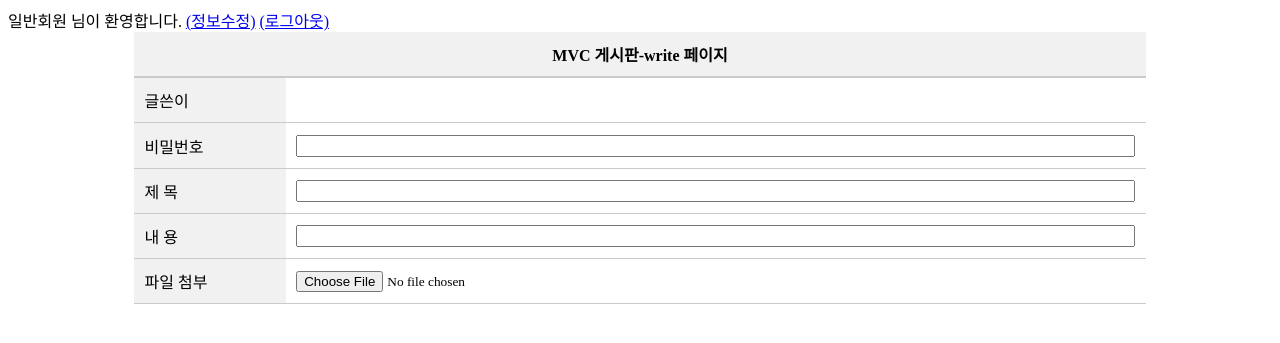
Repository: rumor1993/KH1
Page: http://localhost/Board/board/qna_board_write.jsp
An editor plug-in stored every save of this project. The page is shown before and after the next save, followed by the edit.
The browser window is 1280 px wide. The pictures show the whole page.
The page is served by Tomcat 9. Other server files are loaded and not shown. The template is opened directly, without the code that normally fills it, so the values that code supplies are empty.

Above is the page before, as saved 2018-05-09 07:25:57.

### Board/WebContent/board/qna_board_write.jsp
<%@ page language="java" contentType="text/html; charset=EUC-KR"
    pageEncoding="EUC-KR"%>
<!DOCTYPE html>
<html>
<head>
<title>Insert title here</title>
</head>
<link href="css/form.css" rel="stylesheet">
<body>
	<%@ include file="/board/header.jsp" %>
	<form action="./BoardAddAction.bo" method="post"
			enctype="multipart/form-data" name="boardform">
		<table>
			<tr class="center">
				<th colspan="2">MVC 게시판-write 페이지</th>
			</tr>
			<tr>
				<td><div>글쓴이</div></td>
				<td>
					<input name="BOARD_NAME" id="board_name" readOnly
					type="text" size="10" maxlength="30" value="${id }">
				</td>
			</tr>
			<tr>
				<td>
					<div>비밀번호</div>
				</td>
				<td>
					<input name="BOARD_PASS" id="board_pass" type="password" size="10"
					maxlength="30" value="">
				</td>
			</tr>

			<tr>
				<td>
					<div>제 목</div>
				</td>
				<td>
					<input name="BOARD_SUBJECT" id="board_subject" type="text" size="50"
					maxlength="100" value="">
				</td>
			</tr>

			<tr>
				<td>
					<div>내 용</div>
				</td>
				<td>
					<input name="BOARD_CONTENT" id="board_content" type="text" size="10"
					maxlength="500" value="">
				</td>
			</tr>

			<tr>
				<td>
					<div>파일 첨부</div>
				</td>
				<td>
					<input name="BOARD_FILE" name="board_file" type="file">
				</td>
			</tr>

		</table>
	</form>
</body>
</html>

### Board/WebContent/board/header.jsp
<%@ page language="java" contentType="text/html; charset=EUC-KR"
    pageEncoding="EUC-KR"%>
<%@ taglib prefix="c"
	uri="http://java.sun.com/jsp/jstl/core" %>
<!DOCTYPE html>
<html>
<head>
<title>Insert title here</title>
</head>
<body>
<%
	request.setCharacterEncoding("euc-kr");
%>
	<c:choose>
		<c:when test="${id!='admin' }">
			<span>일반회원 ${sessionScope.id }님이 환영합니다.</span> <a href = "member_update.net">(정보수정)</a> <a href = "logout.net">(로그아웃)</a><br>
		</c:when>

		<c:otherwise>
			<span>관리자 ${sessionScope.id }님 환영합니다.</span> <a href = "member_update.net">(정보수정)</a>
			<a href = "member_list.net">관리자모드 접속(회원 목록 보기)</a>
			 <a href = "BoardList.bo">(게시판)</a><br>
		</c:otherwise>
	</c:choose>

<%-- 	<div id="header">
		<c:if test="${empty id }">
			<script>
				location.href="login.net";
			</script>
		</c:if>
		<c:if test="${!empty id }">
			<c:if test="${id=='admin' }">
				<span> 관리자 ${id } 님 환영합니다.></span>
			</c:if>
			<c:if test="${id!='admin' }">
				<span>일반회원 ${id } 님 환영합니다.</span>
			</c:if>
		</c:if>
		</div>
--%>



	<%--
	<%
	if(!id.equals("admin")){
	%>
		<span>일반회원 <%=id %>님이 환영합니다.</span> <a href = "update.jsp">(정보수정)</a> <a href = "logout.jsp">(로그아웃)</a><br>
	<%
	}else{
	%>
		<%
	}
	%> --%>
</body>
</html>

### Board/WebContent/css/form.css
@CHARSET "EUC-KR";
*{box-sizing:border-box;}
table{margin:0 auto;width:80% ;border-collapse:collapse;}
td{border-bottom:1px solid #cdc9c9;padding:1%;}
tr:nth-child(1){border-bottom:2px solid #cdc9c9; height:20px;}
td:nth-child(1){width:15%;    background-color: #f1f1f1;}
th{background:#f1f1f1;padding:1% 0.5%;}
input, td{font-family:돋음; font-size:18; }
.center{text-align:center}
.center a, input[type=submit],input[type=reset],input[type=button]
{display:inline-block;background:gray;color:white;text-decoration:none;padding:0 5px;font-size:16px;border:none}
.center a:hover,input[type=submit]:hover,input[type=reset]:hover,input[type=button]:hover{opacity:0.8}
input[type=text], input[type=password]{width:100%;}
input[type=submit],input[type=reset]{border-radius:3px}
textarea{width:100%}
input[name="BOARD_NAME"]{border:none}
#upfile{display:none}
img{width:20px;}

After the next save:
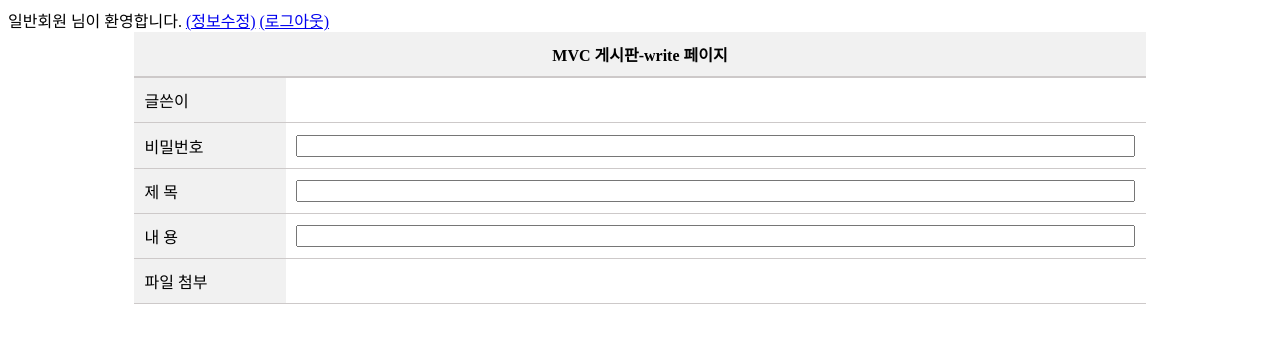
Saved 53 s later.
--- a/Board/WebContent/board/qna_board_write.jsp
+++ b/Board/WebContent/board/qna_board_write.jsp
@@ -56,7 +56,7 @@
 					<div>파일 첨부</div>
 				</td>
 				<td>
-					<input name="BOARD_FILE" name="board_file" type="file">
+					<input name="BOARD_FILE" id="upfile" type="file">
 				</td>
 			</tr>
 
